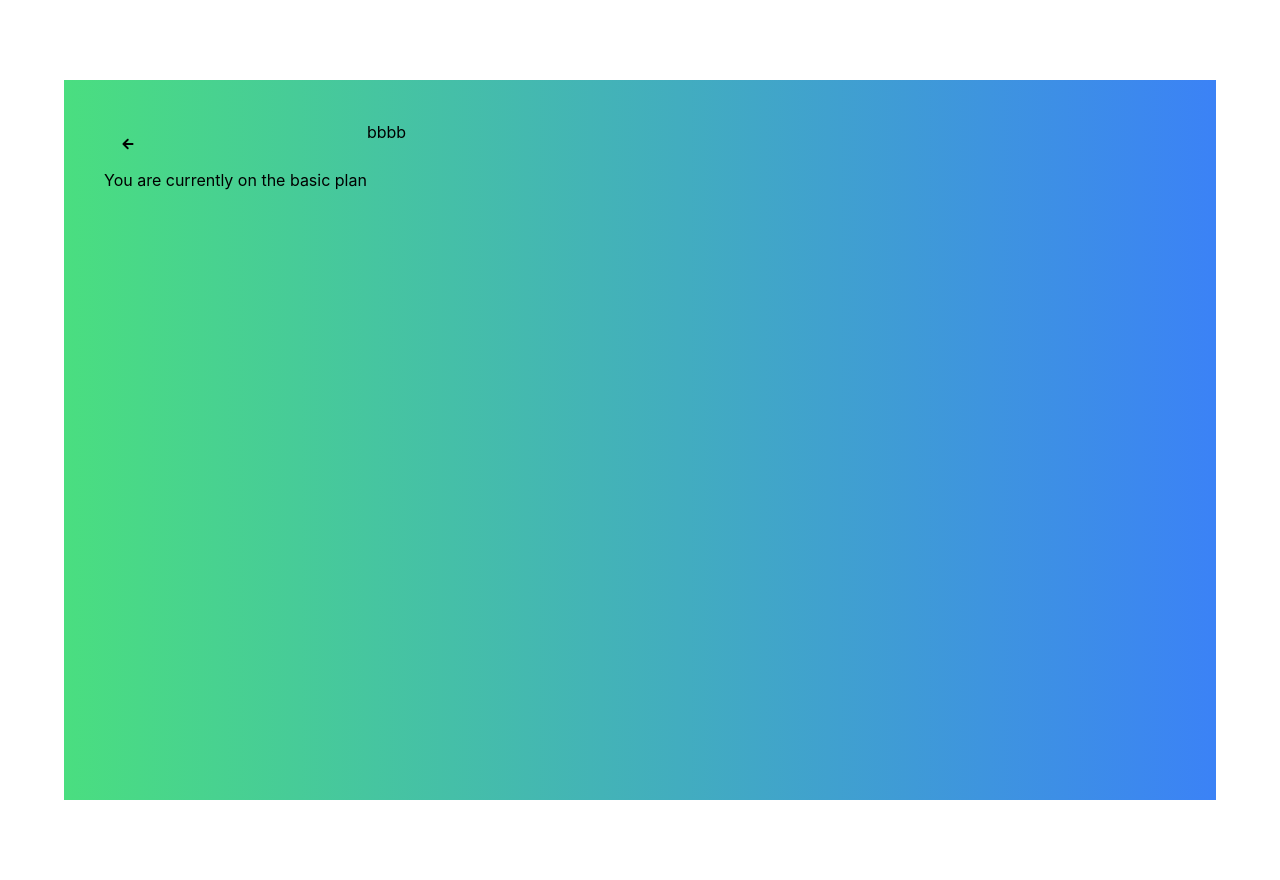
Repository: brandford7/music-player
Page: /subscription
The author's editor kept a copy of each file at every save. The page is drawn from the files as they stood at one save, then again after the next save.
The browser window is 1280 px wide. The pictures show the whole page.
The project was rebuilt for these pictures with package versions that can differ from the ones it lists, and the page was loaded fresh each time. The framework's server and built-in components were replaced by stand-ins that run in the browser. Also part of the build but not shown: next.config.js, components/Sidebar.jsx, components/MusicButton.jsx, components/MusicCard.jsx, components/SongList.jsx, components/PlaylistComponent.jsx, components/LibraryComponent.jsx.

Above is the page before, as saved 2022-11-19 11:44:50.

After the next save:
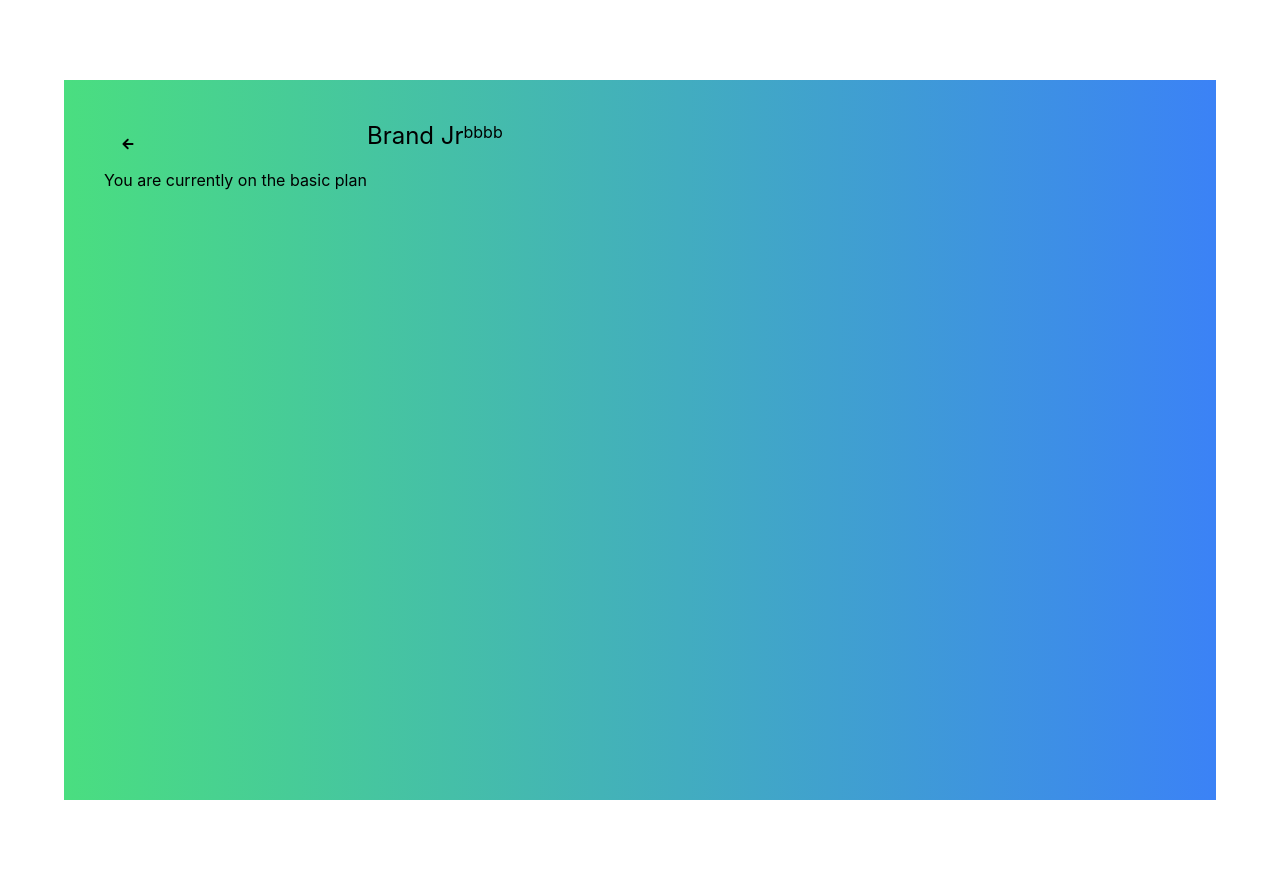
Saved 5 s later.
--- a/components/SubscriptionComponent.jsx
+++ b/components/SubscriptionComponent.jsx
@@ -16,7 +16,7 @@ const SubscriptionComponent = () => {
           <h1>You are currently on the basic plan</h1>
         </section>
         <section className="flex justify-end">
-          <UserAvatar name='' />bbbb
+          <UserAvatar name='Brand Jr' />bbbb
         </section>
       </section>
     </div>
